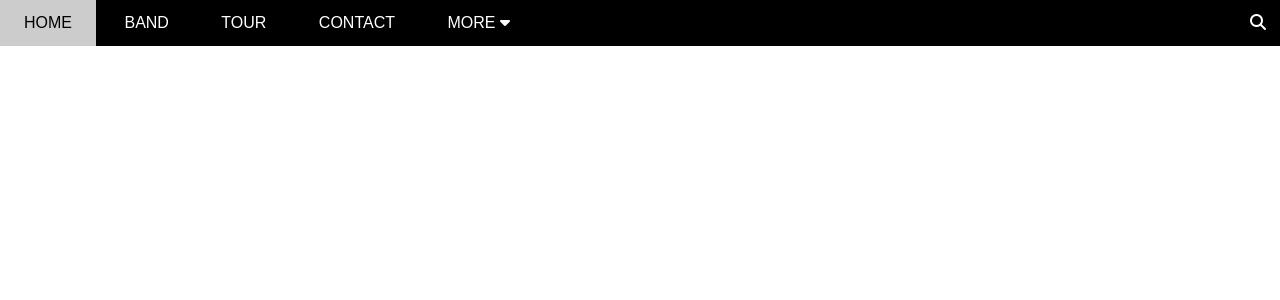
Repository: TranPhucThinh/clone-the-band
Page: index.html
These files come from the project's save history. The page is drawn as it stood at one moment and after the next save; the edit follows.
The browser window is 1280 px wide. The pictures show the whole page.
The pointer rests on the first visible `.search-btn`.
Some web libraries are served in a nearby version.

Above is the page before, as saved 2022-08-03 23:45:10.

After the next save:
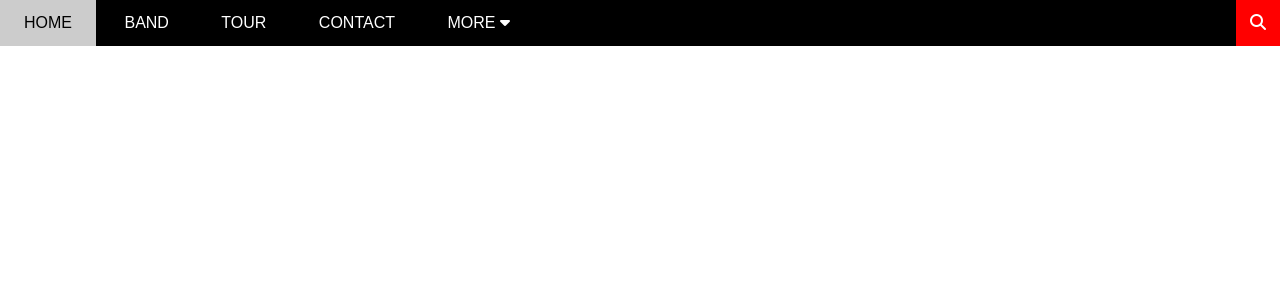
Saved 14 s later.
--- a/assets/style.css
+++ b/assets/style.css
@@ -80,3 +80,7 @@
   top: 0;
   padding: 14px 14px;
 }
+
+.search-btn:hover {
+  background-color: red;
+}
